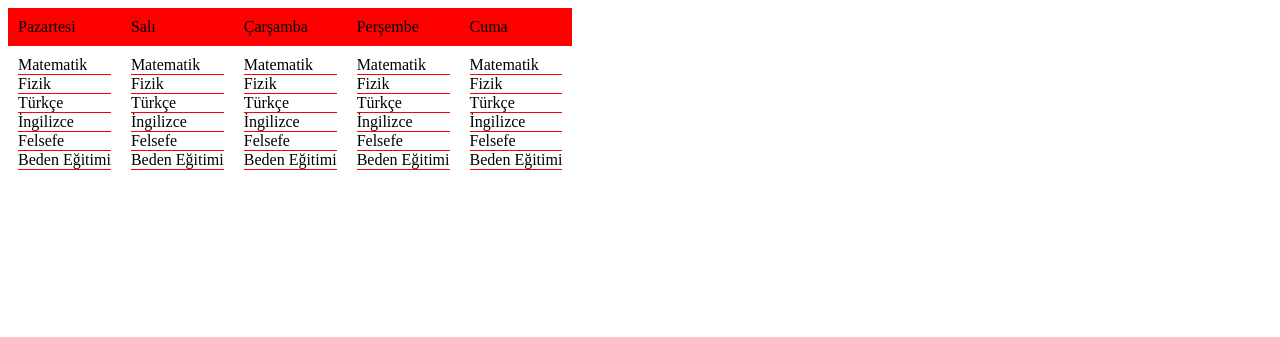
Repository: ahmetbugraozcan/css-ders-programi
Page: deneme2.html
These files come from the project's save history. The page is drawn as it stood at one moment and after the next save; the edit follows.
The browser window is 1280 px wide. The pictures show the whole page.

Above is the page before, as saved 2021-07-10 14:07:21.

After the next save:
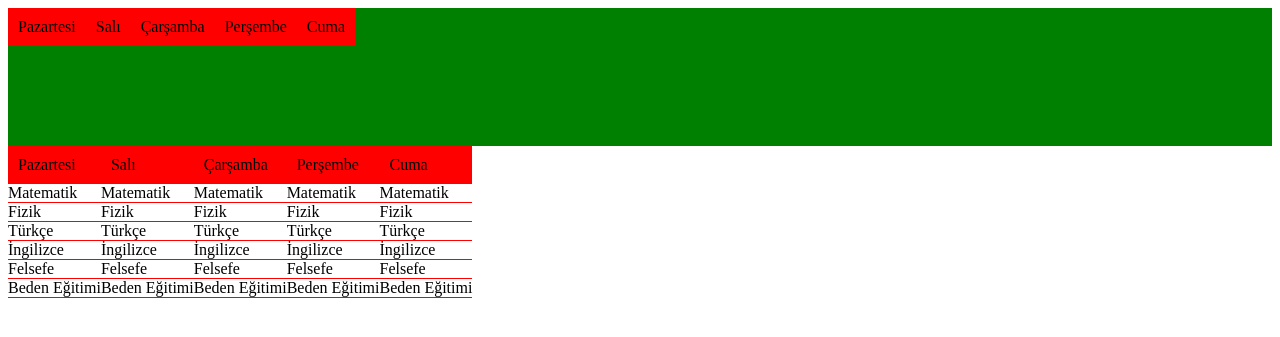
Saved 31 s later.
--- a/deneme2.html
+++ b/deneme2.html
@@ -29,24 +29,23 @@
 
         .column {
             display: flex;
-            padding: 10px;
 
             flex-direction: column;
-/*
+
             width: 400;
-            height: 400; */
+            height: 400;
         }
     </style>
 </head>
 
 <body>
-    <!-- <div class="header-title">
+    <div class="header-title">
         <div class="head"> Pazartesi</div>
         <div class="head"> Salı</div>
         <div class="head"> Çarşamba</div>
         <div class="head"> Perşembe</div>
         <div class="head"> Cuma</div>
-    </div> -->
+    </div>
     <div class="row">
         <div>
             <div class="head"> Pazartesi</div>
